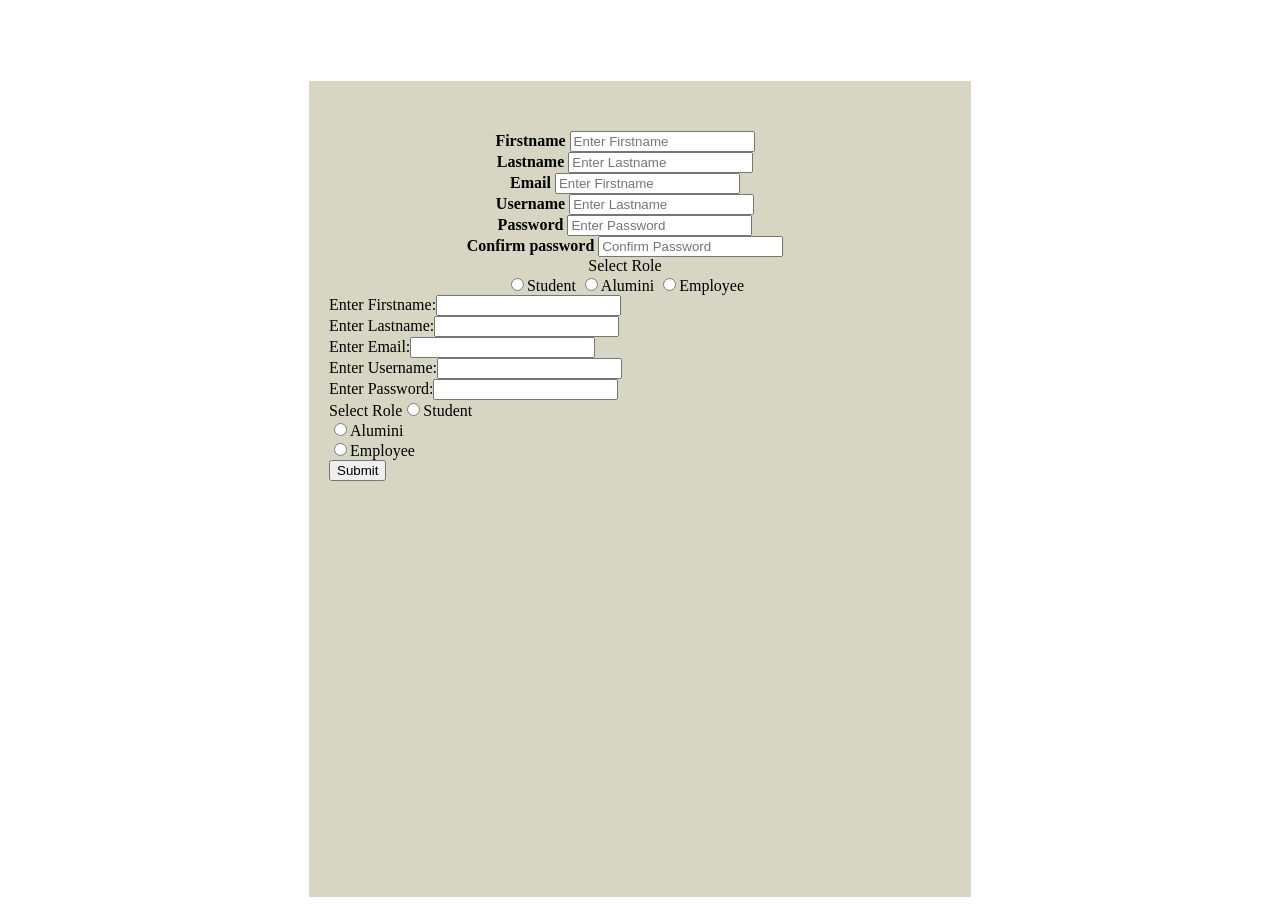
Repository: NeeleshPoojari/Project-2
Page: frontend_project2/WebContent/views/registrationform.html
These files come from the project's save history. The page is drawn as it stood at one moment and after the next save; the edit follows.
The browser window is 1280 px wide. The pictures show the whole page.

Above is the page before, as saved 2017-07-17 07:09:55.

### frontend_project2/WebContent/views/registrationform.html
<style>
.middle {
    border: 1px solid white;
    background-color:#d6d6c2;
    padding-top: 50px;
    padding-right: 50px;
    padding-bottom: 400px;
    padding-left: 20px;
    margin-left:300px;
    margin-right:300px;

}
</style>

<div class="middle" style="margin-top: 80px;">

	<form>
		<div align="center">
			<div class="row">
				<div class="form-group col-xs-6">
					<label><b>Firstname</b></label> <input type="text"
						ng-model="user.firstname" placeholder="Enter Firstname"
						class="form-control input-lg" required>
				</div>


				<div class="form-group col-xs-6">
					<label><b>Lastname</b></label> <input type="text"
						ng-model="user.lastname" placeholder="Enter Lastname"
						class="form-control input-lg" required>
				</div>

			</div>
		</div>

		<div align="center">
			<div class="row">
				<div class="form-group col-xs-6">
					<label><b>Email</b></label> <input type="text"
						ng-model="user.email" placeholder="Enter Firstname"
						class="form-control input-lg" required>
				</div>


				<div class="form-group col-xs-6">
					<label><b>Username</b></label> <input type="text"
						ng-model="user.username" placeholder="Enter Lastname"
						class="form-control input-lg" required>
				</div>

			</div>
		</div>


		<div align="center">
			<div class="row">
				<div class="form-group col-xs-6">
					<label><b>Password</b></label> <input type="password"
						ng-model="user.password" placeholder="Enter Password"
						class="form-control input-lg" required>
				</div>


				<div class="form-group col-xs-6">
					<label><b>Confirm password</b></label> <input type="password"
						 placeholder="Confirm Password"
						class="form-control input-lg" required>
				</div>

			</div>
		</div>

		<div align="center">
		<label >Select Role</label><br>
		<div class="row">
        <input type="radio" ng-model="user.role" value="Student">Student
		<input type="radio" ng-model="user.role" value="Alumini">Alumini
		<input type="radio" ng-model="user.role" value="Employee">Employee
		</div>



     </div>



		Enter Firstname:<input type="text" ng-model="user.firstname"><br>
		Enter Lastname:<input type="text" ng-model="user.lastname"><br>
		Enter Email:<input type="text" ng-model="user.email"><br>
		Enter Username:<input type="text" ng-model="user.username"><br>
		Enter Password:<input type="password" ng-model="user.password"><br>

		Select Role<input type="radio" ng-model="user.role" value="Student">Student<br>
		<input type="radio" ng-model="user.role" value="Alumini">Alumini<br>
		<input type="radio" ng-model="user.role" value="Employee">Employee<br>

		<input type="submit" ng-click="register()"><br>

	</form>
</div>

After the next save:
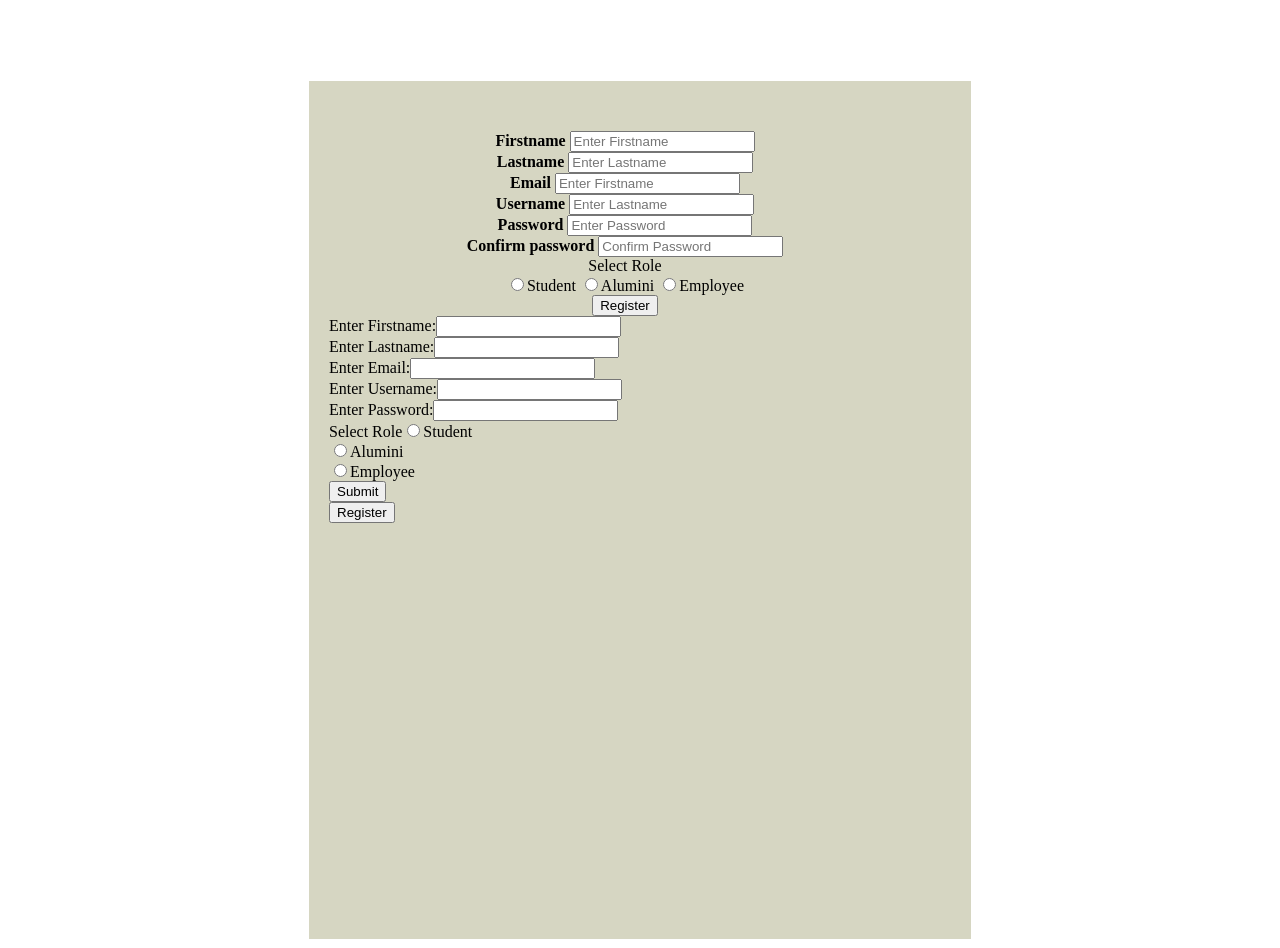
Saved 2 min 6 s later.
--- a/frontend_project2/WebContent/views/registrationform.html
+++ b/frontend_project2/WebContent/views/registrationform.html
@@ -78,9 +78,9 @@
 		<input type="radio" ng-model="user.role" value="Employee">Employee
 		</div>
 
-
-
-     </div>
+		<button type="submit"  ng-click="register()"
+				class="btn btn-success">Register</button>
+        </div>
 
 
 
@@ -96,5 +96,8 @@
 
 		<input type="submit" ng-click="register()"><br>
 
+		<button type="submit"  ng-click="register()"
+				class="btn btn-success">Register</button>
+
 	</form>
 </div>
